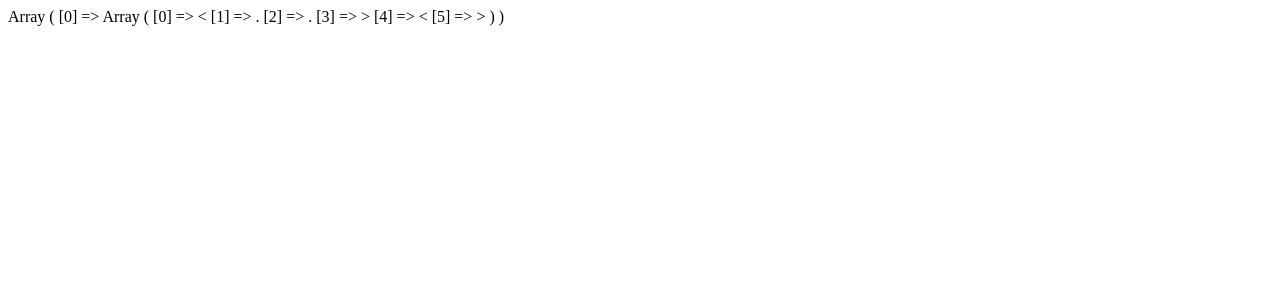
Repository: zhoushouzhan/qiye
Page: http://localhost/admin/c.php
The author's editor kept a copy of each file at every save. The page is drawn from the files as they stood at one save, then again after a run of saves.
The browser window is 1280 px wide. The pictures show the whole page.
The page is run by PHP 8.4 with error messages shown; the project is at /var/www/html/.

Above is the page before, as saved 2022-09-06 10:40:56.

After the next 6 saves:
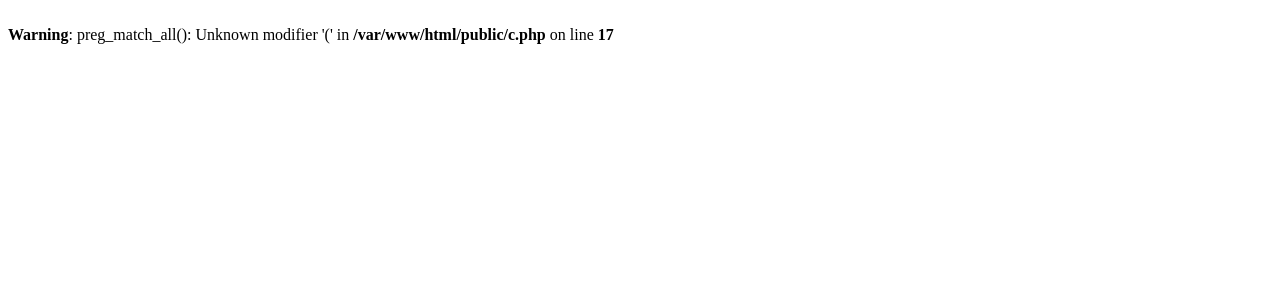
The 6 saves are shown as one change because they came seconds apart.
The last was saved 19 s later.
--- a/public/c.php
+++ b/public/c.php
@@ -2,7 +2,7 @@
 /*
  * @Author: 一品网络技术有限公司
  * @Date: 2022-06-29 19:56:16
- * @LastEditTime: 2022-09-06 10:40:06
+ * @LastEditTime: 2022-09-06 10:41:09
  * @FilePath: \web\public\c.php
  * @Description:
  * 联系QQ:58055648
@@ -14,6 +14,6 @@
 
 $str = '<A href="www.bnxf.net" id="001">测试</a>';
 
-preg_match_all('/[<(.*?)>$]/i', $str, $res);
+preg_match_all('/^[<(.*?)>$](.*?)</(.*?)/i', $str, $res);
 
 print_r($res);
